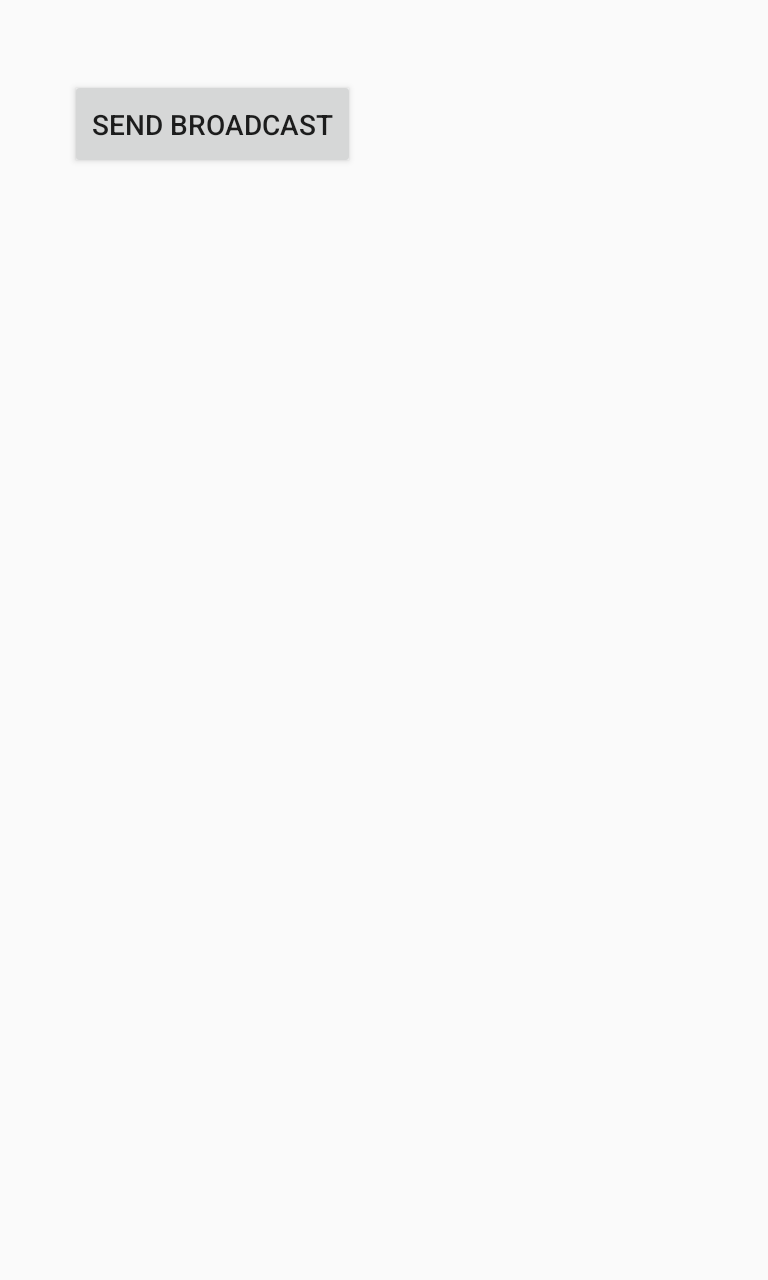
Repository: chenchangqing/learnandroid
Layout: example04/res/layout/activity_main.xml
The author's editor kept a copy of each file at every save. The layout is drawn from the files as they stood at one save, then again after the next save.
It is drawn on a 768 x 1280 px phone screen (xhdpi) without system bars, with theme AppTheme; the app's code is not run.

Above is the layout before, as saved 2015-08-16 15:41:50.

### example04/res/layout/activity_main.xml
<RelativeLayout xmlns:android="http://schemas.android.com/apk/res/android"
    xmlns:tools="http://schemas.android.com/tools"
    android:layout_width="match_parent"
    android:layout_height="match_parent"
    android:paddingBottom="@dimen/activity_vertical_margin"
    android:paddingLeft="@dimen/activity_horizontal_margin"
    android:paddingRight="@dimen/activity_horizontal_margin"
    android:paddingTop="@dimen/activity_vertical_margin"
    tools:context="com.example.example04.MainActivity" >

    <Button
        android:id="@+id/sendBroadcastBtn"
        style="?android:attr/buttonStyleSmall"
        android:layout_width="wrap_content"
        android:layout_height="wrap_content"
        android:layout_alignParentLeft="true"
        android:layout_alignParentTop="true"
        android:layout_marginLeft="18dp"
        android:layout_marginTop="22dp"
        android:text="send broadcast" />

</RelativeLayout>

Loaded but not shown: example04/res/values/styles.xml (common file); example04/res/values-v11/styles.xml (common file); example04/res/values-v14/styles.xml (common file); example04/res/values/dimens.xml (common file); example04/res/values-w820dp/dimens.xml (common file)

After the next save:
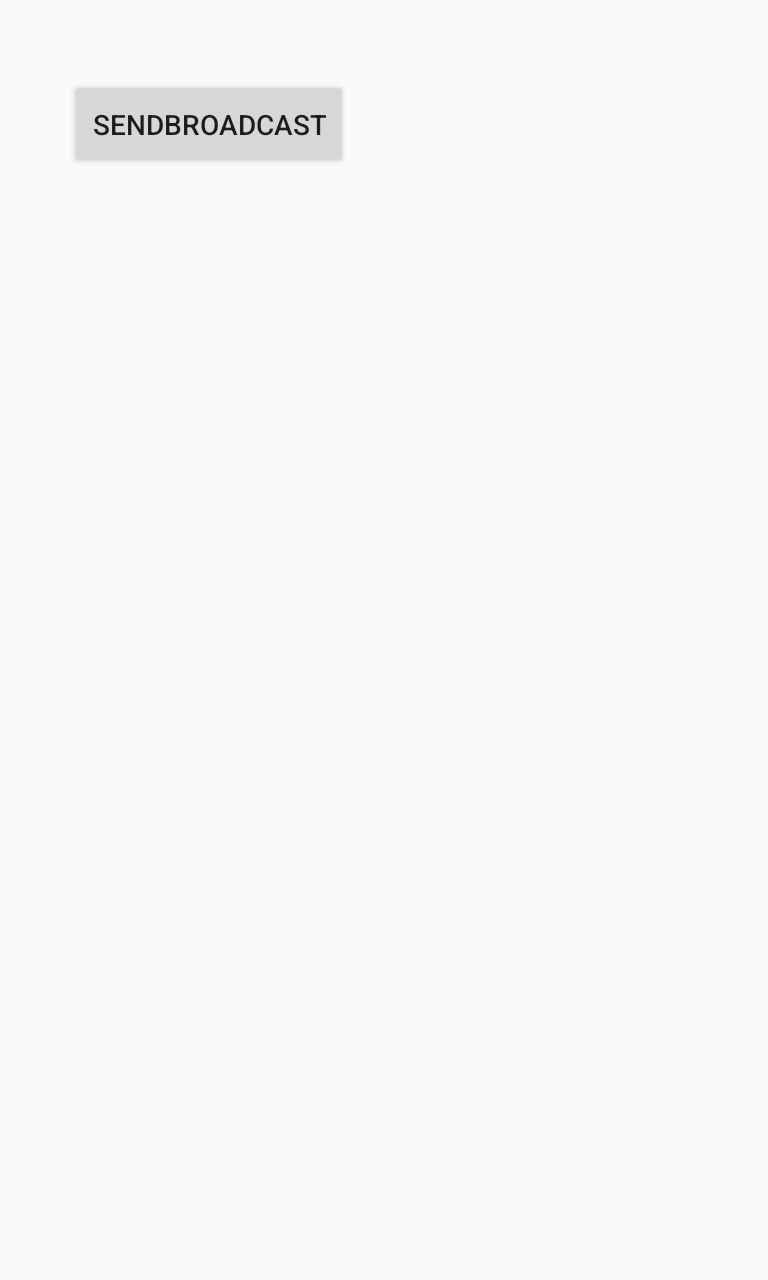
Saved 4 s later.
--- a/example04/res/layout/activity_main.xml
+++ b/example04/res/layout/activity_main.xml
@@ -17,6 +17,6 @@
         android:layout_alignParentTop="true"
         android:layout_marginLeft="18dp"
         android:layout_marginTop="22dp"
-        android:text="send broadcast" />
+        android:text="sendBroadcast" />
 
 </RelativeLayout>
